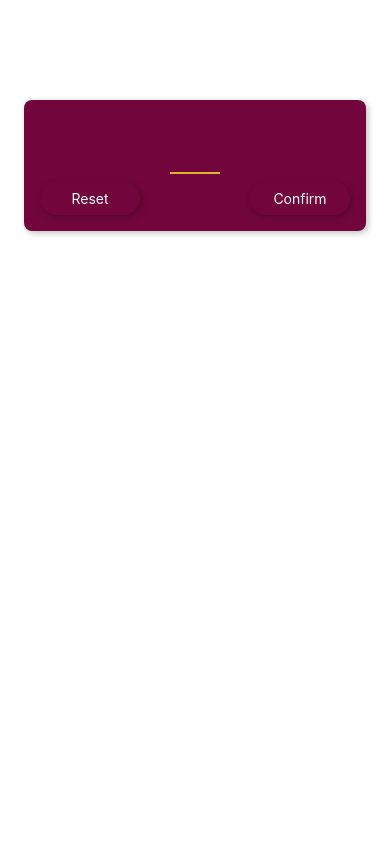
Repository: cobalt88/miniGameApp
Screen: /
An editor plug-in stored every save of this project. The screen is shown before and after the next save, followed by the edit.
The app was drawn by React Native's web renderer in a window 390 px wide. The project was rebuilt for these pictures with package versions that can differ from the ones it lists, and the page was loaded fresh each time.

Above is the screen before, as saved 2023-02-02 16:43:08.

### App.js
import { StatusBar } from "expo-status-bar";
import { StyleSheet, Text, View } from "react-native";
import StartGameScreen from "./screens/StartGameScreen";

export default function App() {
  return <StartGameScreen />;
}

const styles = StyleSheet.create({});

### screens/StartGameScreen.js
import { View, TextInput, StyleSheet } from "react-native";
import PrimaryButton from "../components/PrimaryButton";

function StartGameScreen() {
  return (
    <View style={styles.inputContainer}>
      <TextInput
        style={styles.numberInput}
        maxLength={2}
        keyboardType="number-pad"
        autoCapitalize="none"
        autoCorrect={false}
      />
      <View style={styles.buttonContainer}>
        <PrimaryButton>Reset</PrimaryButton>
        <PrimaryButton>Confirm</PrimaryButton>
      </View>
    </View>
  );
}

export default StartGameScreen;

const styles = StyleSheet.create({
  inputContainer: {
    marginHorizontal: 24,
    borderRadius: 8,
    padding: 16,
    marginTop: 100,
    backgroundColor: "#72063c",
    elevation: 8,
    shadowColor: "black",
    shadowOffset: { width: 2, height: 2 },
    shadowOpacity: 0.25,
    shadowRadius: 6,
    alignItems: "center",
  },
  numberInput: {
    height: 50,
    fontSize: 32,
    borderBottomColor: "#ddb52f",
    borderBottomWidth: 2,
    color: "#ddb52f",
    textAlign: "center",
    marginVertical: 8,
    fontWeight: "bold",
    width: 50,
  },
  buttonContainer: {
    flexDirection: "row",
    justifyContent: "space-between",
    width: "100%",
  },
});

### components/PrimaryButton.js
import { View, Text, Pressable, StyleSheet } from "react-native";

function PrimaryButton({ children }) {
  function pressHandler() {
    console.log("pressed the main button");
  }
  return (
    <Pressable onPress={pressHandler}>
      <View style={styles.buttonContainer}>
        <Text style={styles.buttonText}>{children}</Text>
      </View>
    </Pressable>
  );
}

export default PrimaryButton;

const styles = StyleSheet.create({
  buttonContainer: {
    backgroundColor: "#72063c",
    paddingVertical: 8,
    paddingHorizontal: 16,
    borderRadius: 28,
    elevation: 8,
    shadowColor: "black",
    shadowOffset: { width: 2, height: 2 },
    shadowOpacity: 0.25,
    shadowRadius: 6,
    width: 100,
    margin: "auto",
  },
  buttonText: {
    color: "white",
    textAlign: "center",
  },
});

After the next save:
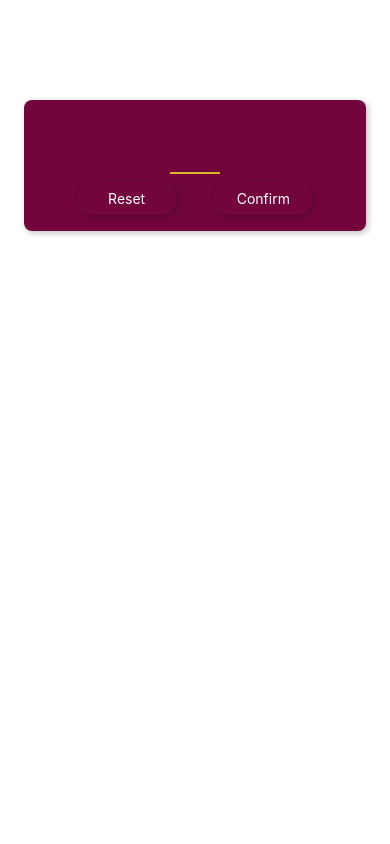
Saved 7 s later.
--- a/screens/StartGameScreen.js
+++ b/screens/StartGameScreen.js
@@ -48,7 +48,7 @@ const styles = StyleSheet.create({
   },
   buttonContainer: {
     flexDirection: "row",
-    justifyContent: "space-between",
+    justifyContent: "space-evenly",
     width: "100%",
   },
 });
